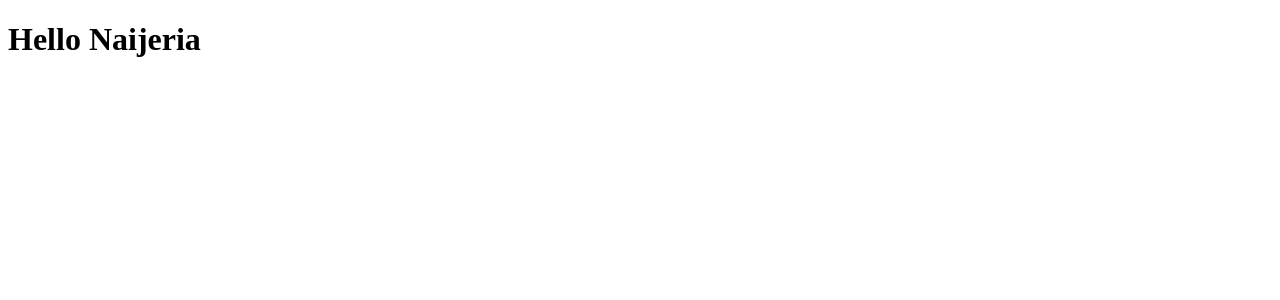
Repository: nashthecoder/vuebasics
Page: computed-properties.html
The author's editor kept a copy of each file at every save. The page is drawn from the files as they stood at one save, then again after the next save.
The browser window is 1280 px wide. The pictures show the whole page.

Above is the page before, as saved 2021-01-05 21:48:01.

After the next save:
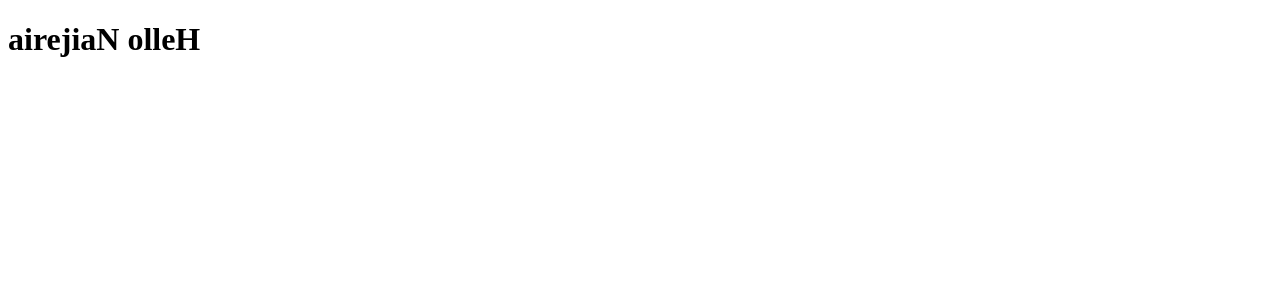
Saved 4 min 38 s later.
--- a/computed-properties.html
+++ b/computed-properties.html
@@ -5,7 +5,7 @@
 <div id="app">
 
 
-  <h1>{{ message }}</h1>
+  <h1>{{ message.split('').reverse('').join('')}}</h1>
 
 
 </div>

After the 6 saves that followed:
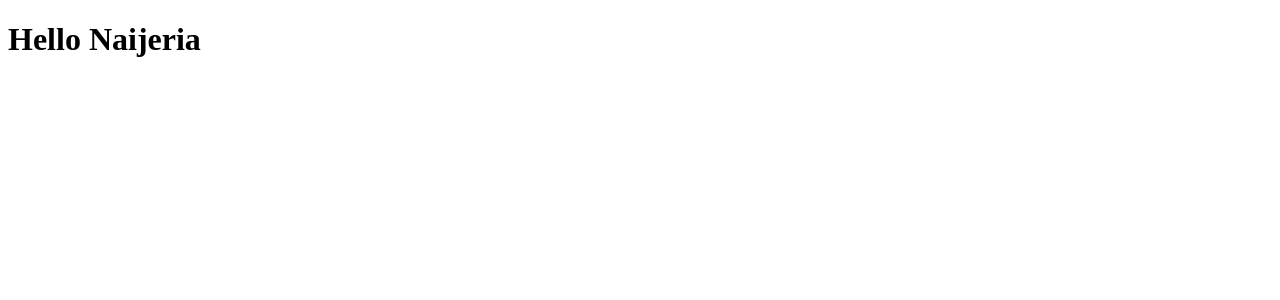
The 6 saves are shown as one change because 4 left the picture as it was and some came seconds apart.
The last was saved 4 min 11 s later.
--- a/computed-properties.html
+++ b/computed-properties.html
@@ -5,7 +5,7 @@
 <div id="app">
 
 
-  <h1>{{ message.split('').reverse('').join('')}}</h1>
+  <h1>{{ reverseMessage }}</h1>
 
 
 </div>
@@ -19,9 +19,13 @@
 
     el: '#app',
     data: {
+      message: 'airejiaN olleH',
+    },
 
-      message: 'Hello Naijeria',
-
+    computed: {
+      reverseMessage() {
+        return this.message.split('').reverse('').join('');
+      }
     }
 
   })
